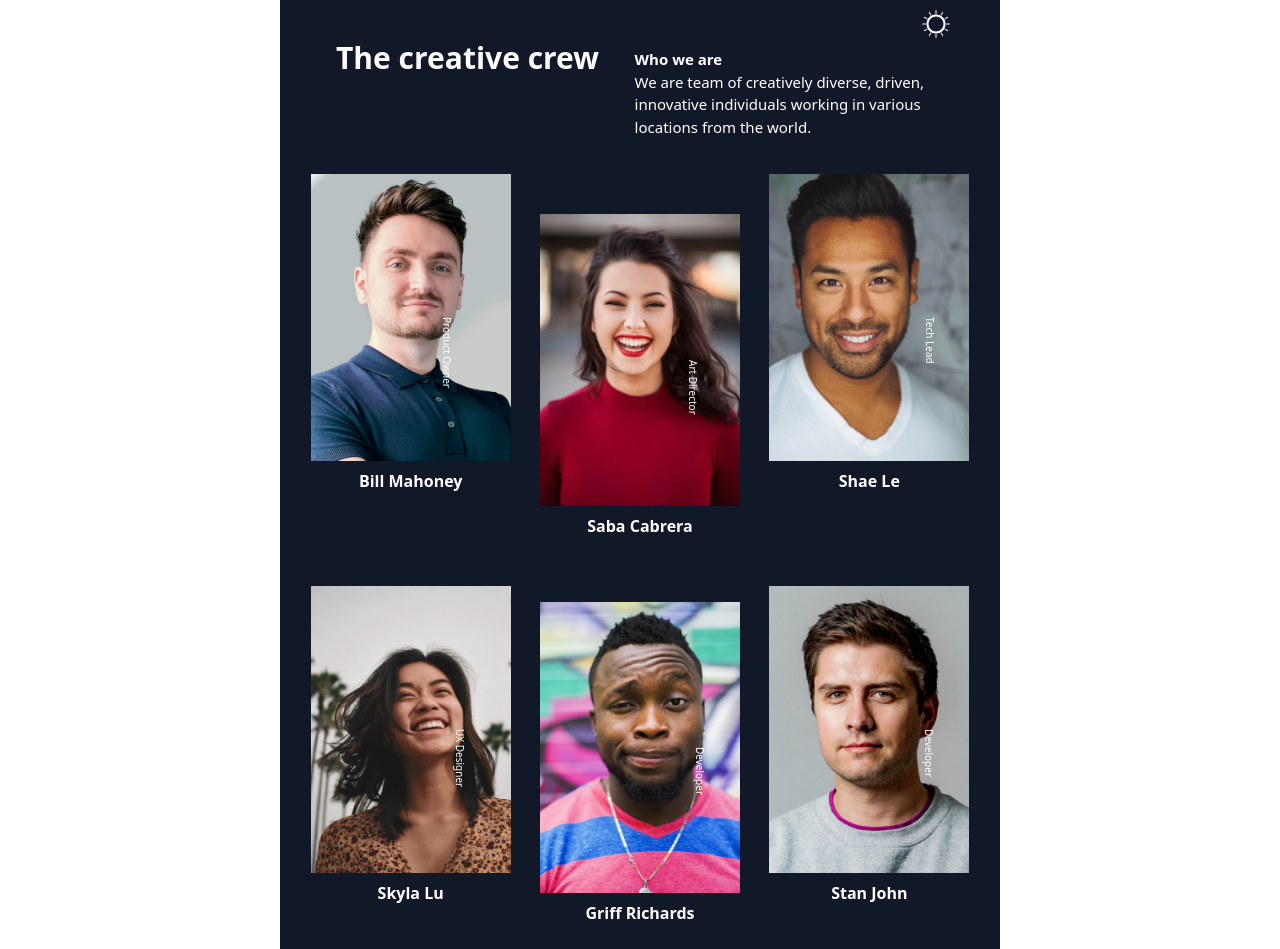
Repository: Alzate1075/Funval-G3-N2
Page: /
An editor plug-in stored every save of this project. The page is shown before and after the next save, followed by the edit.
The browser window is 1280 px wide. The pictures show the whole page.
The project was rebuilt for these pictures with package versions that can differ from the ones it lists, and the page was loaded fresh each time. Also part of the build but not shown: vite.config.js.

Above is the page before, as saved 2025-07-02 23:56:19.

### index.html
<!DOCTYPE html>
<html lang="en">
  <head>
    <meta charset="UTF-8" />
    <link rel="icon" type="image/svg+xml" href="/vite.svg" />
    <meta name="viewport" content="width=device-width, initial-scale=1.0" />
    <link rel="stylesheet" href="./src/index.css" />
    <title>Vite + React</title>
  </head>
  <body>
    <div id="root"></div>
    <script type="module" src="/src/main.jsx"></script>
  </body>
</html>

### src/App.jsx
import React from "react";
import { TeamCard } from "./components/TeamCard";
import miArray from "./components/ArrayTeams";

function App() {
  return (
    <div className="md:bg-[#111827] p-2 md:mx-70">
      <div className="flex justify-end mr-10">
        <img src="/images/sol.png" alt="sol" className="w-8 hidden md:block" />
      </div>
      <div className="flex justify-end">
        <img src="/images/luna.png" alt="luna" className="w-8 md:hidden" />
      </div>
      <div className="md:text-white text-black text-center md:flex md:justify-between md:mx-12">
        <h1 className="text-3xl font-bold">The creative crew</h1>
        <p className="text-[15px] mt-2 max-w-md md:text-md text-wrap text-left m-5">
          <b>Who we are</b>
          <br />
          We are team of creatively diverse, driven, <br /> innovative
          individuals working in various <br /> locations from the world.
        </p>
      </div>

      <div className="md:bg-[#111827] grid grid-cols-2 md:grid-cols-3 gap-x-4 gap-y-6 p-4">
        {miArray.map((persona, index) => (
          <TeamCard
            key={index}
            name={persona.name}
            role={persona.role}
            image={persona.image}
            extraClass={`${index % 2 === 1 ? "mt-6" : ""} ${
              index % 3 === 1 ? "md:mt-10" : ""
            }`}
          />
        ))}
      </div>
    </div>
  );
}

export default App;

### src/components/TeamCard.jsx
import React from "react";
export function TeamCard(props) {
  return (
    <div className={`${props.extraClass}`}>
      <div className="text-black md:text-white md:flex md:items-center md:justify-center gap-2 relative">
        <img src={props.image} alt={props.name} className="md:w-[200px] w-20" />
        <span className="absolute right-0 top-1/2 -translate-y-1/2 rotate-90 origin-left text-[10px] md:text-md">
          {props.role}
        </span>
      </div>
      <div className="md:text-white text-center mt-2">
        <h3 className="font-semibold">{props.name}</h3>
      </div>
    </div>
  );
}

### src/components/ArrayTeams.jsx
import React from "react";
const miArray = [
  {
    name: "Bill Mahoney",
    role: "Product Owner",
    image: "/images/photo1.png",
  },
  {
    name: "Saba Cabrera",
    role: "Art Director",
    image: "/images/photo2.png",
  },
  {
    name: "Shae Le",
    role: "Tech Lead",
    image: "/images/photo3.png",
  },
  {
    name: "Skyla Lu",
    role: "UX Designer",
    image: "/images/photo4.png",
  },
  {
    name: "Griff Richards",
    role: "Developer",
    image: "/images/photo5.png",
  },
  {
    name: "Stan John",
    role: "Developer",
    image: "/images/photo6.png",
  },
];

export default miArray;

Loaded but not shown: src/index.css (common file); src/main.jsx (common file)

After the next save:
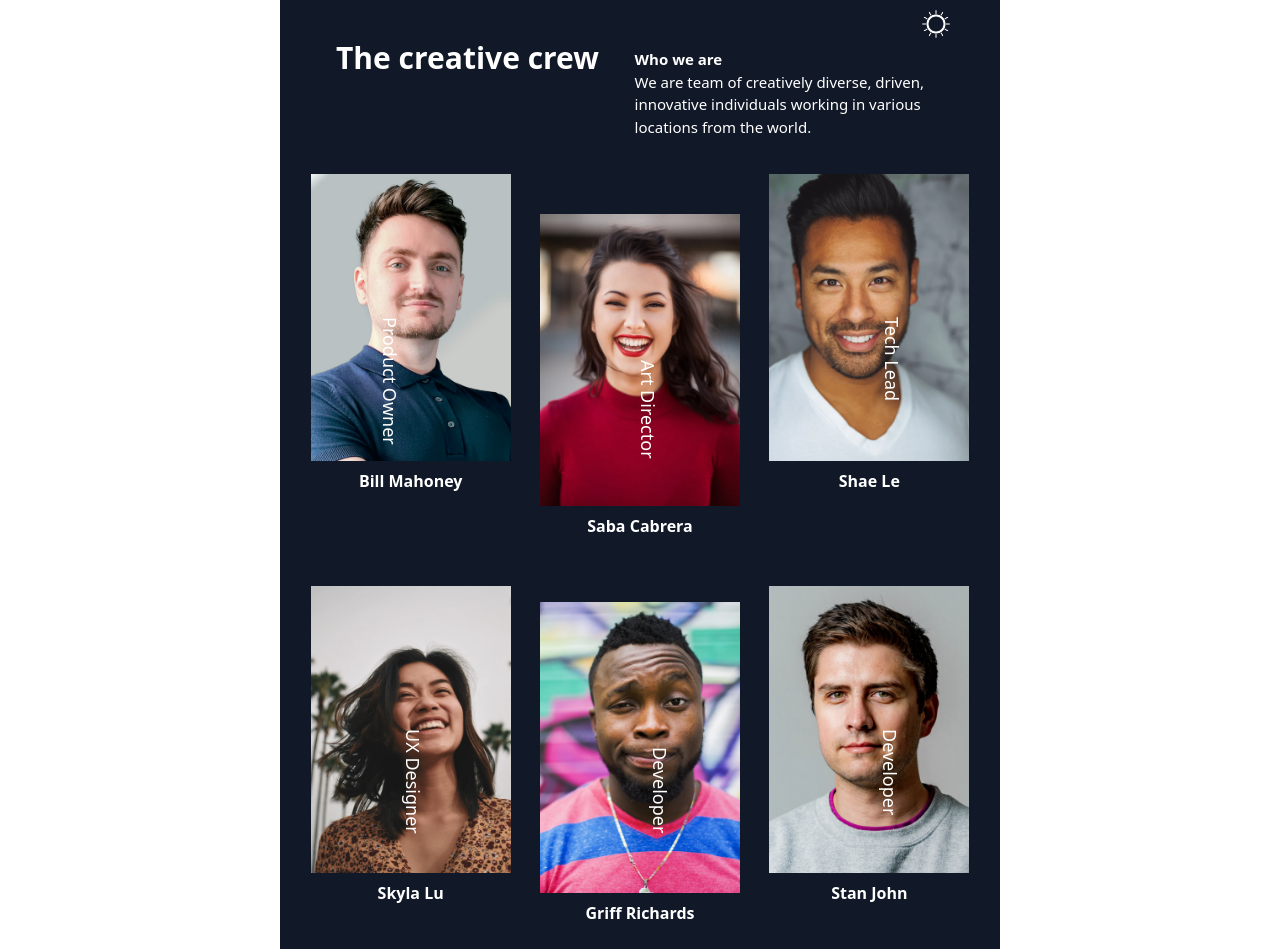
Saved 10 s later.
--- a/src/components/TeamCard.jsx
+++ b/src/components/TeamCard.jsx
@@ -4,7 +4,7 @@ export function TeamCard(props) {
     <div className={`${props.extraClass}`}>
       <div className="text-black md:text-white md:flex md:items-center md:justify-center gap-2 relative">
         <img src={props.image} alt={props.name} className="md:w-[200px] w-20" />
-        <span className="absolute right-0 top-1/2 -translate-y-1/2 rotate-90 origin-left text-[10px] md:text-md">
+        <span className="absolute right-0 top-1/2 -translate-y-1/2 rotate-90 origin-left text-[10px] md:text-lg">
           {props.role}
         </span>
       </div>
